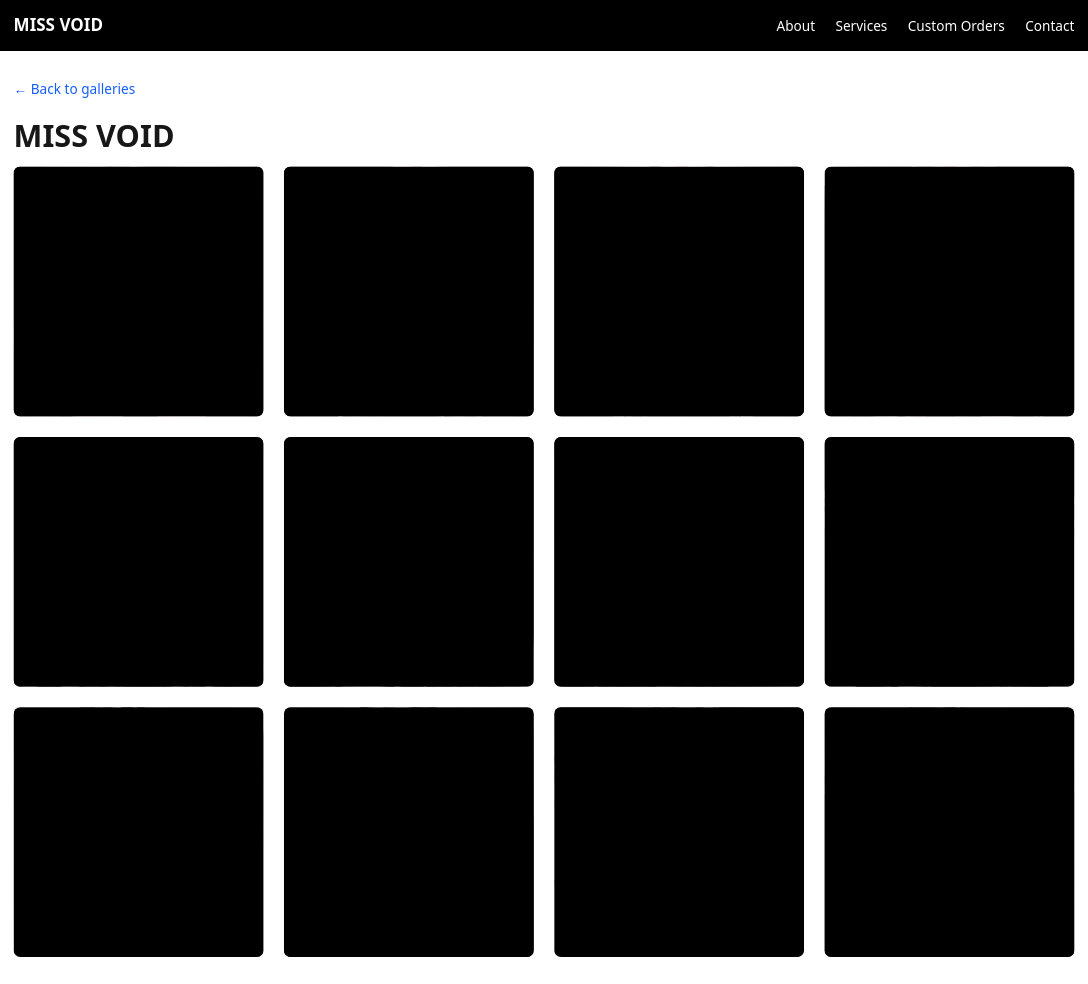
Repository: b0ase/missvoid2
Page: /gallery/miss-void
These files come from the project's save history. The page is drawn as it stood at one moment and after the next save; the edit follows.
The browser window is 1280 px wide. The pictures show the whole page, at 85% of full size.
The page's requests for data from a server got no answer. The project was rebuilt for these pictures with package versions that can differ from the ones it lists, and the page was loaded fresh each time. The framework's server and built-in components were replaced by stand-ins that run in the browser. No one was signed in, and anything a server would have sent is missing. Also part of the build but not shown: next.config.js.

Above is the page before, as saved 2025-04-11 11:08:08.

### src/app/layout.tsx
import type { Metadata } from "next";
import { Inter } from "next/font/google";
import "./globals.css";

const inter = Inter({
  subsets: ["latin"],
  variable: "--font-inter",
});

export const metadata: Metadata = {
  title: "Create Next App",
  description: "Generated by create next app",
};

export default function RootLayout({
  children,
}: Readonly<{
  children: React.ReactNode;
}>) {
  return (
    <html lang="en">
      <body
        className={`${inter.variable} antialiased`}
      >
        {children}
      </body>
    </html>
  );
}

### src/app/gallery/layout.tsx
import type { Metadata } from "next";

export const metadata: Metadata = {
  title: "MISS VOID Gallery",
  description: "Gallery of MISS VOID images and collections",
};

export default function GalleryLayout({
  children,
}: {
  children: React.ReactNode;
}) {
  return (
    <div className="min-h-screen bg-gray-50 dark:bg-gray-900">
      {children}
    </div>
  );
}

### src/app/gallery/miss-void/page.tsx
import GalleryPage from '../../components/GalleryPage';

export default function MissVoidGallery() {
  // Create a mapping of image numbers to their correct extensions
  const imageExtensions: Record<number, string> = {
    7773: 'WEBP',
    7803: 'WEBP',
    7819: 'WEBP',
    7848: 'WEBP',
    7869: 'WEBP',
    7883: 'WEBP'
  };

  // List of image numbers that don't exist
  const missingImages = [7786, 7816];

  // Generate the image paths with appropriate extensions
  const images = Array.from({ length: 207 }, (_, i) => {
    const imgNumber = 7748 + i;

    // Skip missing images
    if (missingImages.includes(imgNumber)) {
      return null;
    }

    // Use the mapping if available, otherwise default to JPG
    const extension = imageExtensions[imgNumber] || 'JPG';
    return `/images/miss-void/IMG_${imgNumber}.${extension}`;
  }).filter(Boolean) as string[]; // Remove null values and cast to string[]

  return (
    <GalleryPage
      title="MISS VOID"
      images={images}
    />
  );
}

### src/app/globals.css
@import "tailwindcss";

:root {
  --background: #ffffff;
  --foreground: #171717;
}

@theme inline {
  --color-background: var(--background);
  --color-foreground: var(--foreground);
  --font-sans: var(--font-inter);
}

@media (prefers-color-scheme: dark) {
  :root {
    --background: #0a0a0a;
    --foreground: #ededed;
  }
}

body {
  background: var(--background);
  color: var(--foreground);
  font-family: var(--font-sans), Arial, Helvetica, sans-serif;
}

### src/app/components/GalleryPage.tsx
"use client";

import { useState, useEffect } from 'react';
import Link from 'next/link';
import Image from 'next/image';
import { useSwipeable } from 'react-swipeable';
import Navigation from './Navigation';

type GalleryItem = {
  src: string;
  title?: string;
  description?: string;
  materials?: string;
  price?: string;
};

type GalleryPageProps = {
  title: string;
  images: string[] | GalleryItem[];
  description?: string;
};

export default function GalleryPage({ title, images, description }: GalleryPageProps) {
  const [selectedImage, setSelectedImage] = useState<string | null>(null);
  const [selectedItem, setSelectedItem] = useState<GalleryItem | null>(null);
  const [currentIndex, setCurrentIndex] = useState<number>(0);
  const [imageErrors, setImageErrors] = useState<Record<string, boolean>>({});
  const [loadedImages, setLoadedImages] = useState<GalleryItem[]>([]);

  useEffect(() => {
    // Pre-check images when component mounts
    const preloadImages = async () => {
      const validItems: GalleryItem[] = [];
      // Convert string[] to GalleryItem[] if needed
      const itemsToProcess = images.map(item =>
        typeof item === 'string' ? { src: item } : item
      );

      for (const item of itemsToProcess) {
        try {
          // Attempt to fetch the image to see if it exists
          const response = await fetch(item.src, { method: 'HEAD' });
          if (response.ok) {
            validItems.push(item);
          } else {
            setImageErrors(prev => ({ ...prev, [item.src]: true }));
          }
        } catch (error) {
          setImageErrors(prev => ({ ...prev, [item.src]: true }));
        }
      }
      setLoadedImages(validItems);
    };

    preloadImages();
  }, [images]);

  const handleImageError = (imagePath: string) => {
    setImageErrors({
      ...imageErrors,
      [imagePath]: true
    });
  };

  // Filter out images that failed to load
  const validImages = loadedImages.length > 0
    ? loadedImages
    : (images as any[]).filter(item => {
        const src = typeof item === 'string' ? item : item.src;
        return !imageErrors[src];
      }).map(item => typeof item === 'string' ? { src: item } : item);

  const handleImageClick = (item: GalleryItem, index: number) => {
    setSelectedImage(item.src);
    setSelectedItem(item);
    setCurrentIndex(index);
  };

  const handleCloseModal = () => {
    setSelectedImage(null);
    setSelectedItem(null);
  };

  const handleNext = () => {
    if (currentIndex < validImages.length - 1) {
      setCurrentIndex(currentIndex + 1);
      const nextItem = validImages[currentIndex + 1];
      setSelectedImage(nextItem.src);
      setSelectedItem(nextItem);
    }
  };

  const handlePrevious = () => {
    if (currentIndex > 0) {
      setCurrentIndex(currentIndex - 1);
      const prevItem = validImages[currentIndex - 1];
      setSelectedImage(prevItem.src);
      setSelectedItem(prevItem);
    }
  };

  const swipeHandlers = useSwipeable({
    onSwipedLeft: () => handleNext(),
    onSwipedRight: () => handlePrevious(),
    trackMouse: true
  });

  // Handle keyboard navigation
  useEffect(() => {
    const handleKeyDown = (e: KeyboardEvent) => {
      if (selectedImage) {
        if (e.key === 'ArrowRight') {
          handleNext();
        } else if (e.key === 'ArrowLeft') {
          handlePrevious();
        } else if (e.key === 'Escape') {
          handleCloseModal();
        }
      }
    };

    window.addEventListener('keydown', handleKeyDown);
    return () => window.removeEventListener('keydown', handleKeyDown);
  }, [selectedImage, currentIndex]);

  return (
    <div className="min-h-screen bg-white dark:bg-black">
      <Navigation />

      <main className="container mx-auto px-4 py-8">
        <Link href="/" className="inline-block mb-6 text-blue-600 hover:text-blue-800">
          &larr; Back to galleries
        </Link>

        <h1 className="text-4xl font-bold mb-4">{title}</h1>

        {description && (
          <div className="mb-8 max-w-3xl">
            <p className="text-lg">{description}</p>
          </div>
        )}

        <div className="grid grid-cols-1 sm:grid-cols-2 md:grid-cols-3 lg:grid-cols-4 gap-6">
          {validImages.map((item, index) => (
            <div
              key={index}
              className="group relative overflow-hidden cursor-pointer"
              onClick={() => handleImageClick(item, index)}
            >
              <div className="aspect-square relative overflow-hidden rounded-lg">
                <Image
                  src={item.src}
                  alt={item.title || `${title} piece ${index + 1}`}
                  fill
                  className="object-cover transition-transform duration-500 group-hover:scale-110"
                  sizes="(max-width: 768px) 100vw, (max-width: 1200px) 50vw, 33vw"
                  onError={() => handleImageError(item.src)}
                />
                <div className="absolute inset-0 bg-black bg-opacity-0 group-hover:bg-opacity-30 transition-all duration-300"></div>

                {item.title && (
                  <div className="absolute inset-0 flex items-center justify-center opacity-0 group-hover:opacity-100 transition-opacity duration-300">
                    <span className="bg-black bg-opacity-70 text-white px-3 py-1 rounded text-sm">
                      {item.title}
                    </span>
                  </div>
                )}
              </div>
            </div>
          ))}
        </div>

        {/* Image Modal */}
        {selectedImage && selectedItem && (
          <div className="fixed inset-0 bg-black bg-opacity-90 flex items-center justify-center z-50">
            <div className="w-full h-full max-w-6xl mx-auto flex flex-col md:flex-row items-center" {...swipeHandlers}>
              <button
                onClick={handleCloseModal}
                className="absolute top-4 right-4 text-white text-2xl hover:text-gray-300 z-20"
              >
                ✕
              </button>

              <div className="flex-1 relative w-full h-full max-h-[70vh] md:max-h-[90vh] flex items-center justify-center">
                <button
                  onClick={handlePrevious}
                  className="absolute left-4 text-white text-4xl hover:text-gray-300 z-10"
                  disabled={currentIndex === 0}
                >
                  ←
                </button>

                <img
                  src={selectedImage}
                  alt={selectedItem.title || "Selected gallery image"}
                  className="max-w-full max-h-full object-contain"
                  onError={() => handleImageError(selectedImage)}
                />

                <button
                  onClick={handleNext}
                  className="absolute right-4 text-white text-4xl hover:text-gray-300 z-10"
                  disabled={currentIndex === validImages.length - 1}
                >
                  →
                </button>
              </div>

              {(selectedItem.title || selectedItem.description || selectedItem.materials || selectedItem.price) && (
                <div className="md:w-1/3 p-6 text-white">
                  {selectedItem.title && (
                    <h3 className="text-xl font-bold mb-3">{selectedItem.title}</h3>
                  )}

                  {selectedItem.description && (
                    <p className="mb-4">{selectedItem.description}</p>
                  )}

                  {selectedItem.materials && (
                    <div className="mb-3">
                      <span className="font-semibold">Materials:</span> {selectedItem.materials}
                    </div>
                  )}

                  {selectedItem.price && (
                    <div className="mb-4">
                      <span className="font-semibold">Price:</span> {selectedItem.price}
                    </div>
                  )}

                  <Link
                    href="/contact?interest=specific-piece"
                    className="inline-block bg-white text-black px-4 py-2 rounded hover:bg-gray-200 transition"
                  >
                    Inquire About This Piece
                  </Link>
                </div>
              )}

              <div className="absolute bottom-4 left-1/2 transform -translate-x-1/2 text-white text-sm">
                {currentIndex + 1} / {validImages.length}
              </div>
            </div>
          </div>
        )}
      </main>
    </div>
  );
}

### src/app/components/Navigation.tsx
"use client";

import Link from 'next/link';
import { usePathname } from 'next/navigation';

export default function Navigation() {
  const pathname = usePathname();

  return (
    <nav className="bg-black text-white py-4">
      <div className="container mx-auto px-4 flex items-center justify-between">
        <Link href="/" className="text-xl font-bold">MISS VOID</Link>
        <div className="hidden md:flex space-x-6">
          <Link
            href="/about"
            className={`hover:text-gray-300 transition ${pathname === '/about' ? 'text-gray-300 underline' : ''}`}
          >
            About
          </Link>
          <Link
            href="/services"
            className={`hover:text-gray-300 transition ${pathname === '/services' ? 'text-gray-300 underline' : ''}`}
          >
            Services
          </Link>
          <Link
            href="/custom"
            className={`hover:text-gray-300 transition ${pathname === '/custom' ? 'text-gray-300 underline' : ''}`}
          >
            Custom Orders
          </Link>
          <Link
            href="/contact"
            className={`hover:text-gray-300 transition ${pathname === '/contact' ? 'text-gray-300 underline' : ''}`}
          >
            Contact
          </Link>
        </div>
        <button className="md:hidden">
          <svg xmlns="http://www.w3.org/2000/svg" fill="none" viewBox="0 0 24 24" stroke="currentColor" className="w-6 h-6">
            <path strokeLinecap="round" strokeLinejoin="round" strokeWidth={2} d="M4 6h16M4 12h16M4 18h16" />
          </svg>
        </button>
      </div>
    </nav>
  );
}

After the next save:
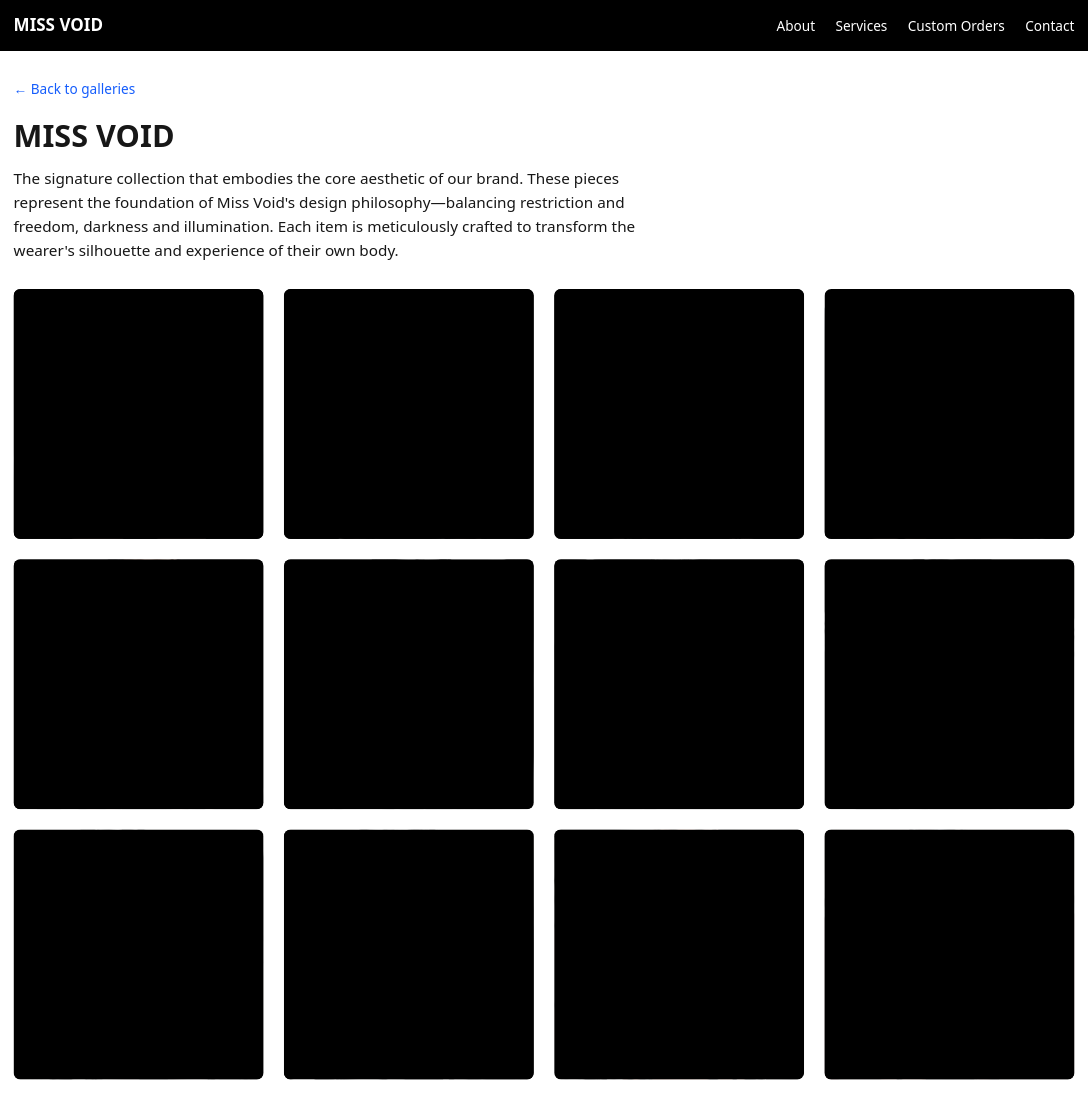
Saved 25 s later.
--- a/src/app/gallery/miss-void/page.tsx
+++ b/src/app/gallery/miss-void/page.tsx
@@ -14,24 +14,81 @@
   // List of image numbers that don't exist
   const missingImages = [7786, 7816];
 
-  // Generate the image paths with appropriate extensions
-  const images = Array.from({ length: 207 }, (_, i) => {
+  // Featured pieces with descriptions
+  const featuredPieces = [
+    {
+      imgNumber: 7832,
+      title: 'Eclipse Bodysuit',
+      description: 'A sleek, second-skin bodysuit crafted from premium Japanese latex. The strategic paneling creates a silhouette that accentuates natural curves while providing comfortable compression.',
+      materials: 'Japanese latex, reinforced seams, custom zipper closure',
+      price: 'From £1,650'
+    },
+    {
+      imgNumber: 7841,
+      title: 'Void Corset',
+      description: 'Our signature corset featuring a dramatic silhouette with accentuated waist reduction. Engineered for both aesthetic impact and comfortable extended wear through precise pattern cutting.',
+      materials: 'Italian leather outer, cotton coutil strength layer, steel boning, satin lining',
+      price: 'From £2,100'
+    },
+    {
+      imgNumber: 7769,
+      title: 'Ethereal Harness',
+      description: 'A delicate yet structurally sound upper body harness that traces the contours of the torso. Multiple adjustment points ensure a perfect fit for various body types.',
+      materials: 'French lambskin, nickel-free hardware, hand-finished edges',
+      price: 'From £890'
+    },
+    {
+      imgNumber: 7758,
+      title: 'Phantom Gloves',
+      description: 'Opera-length gloves with elongated fingers and architectural detailing at the wrists. Each pair is hand-cut and stitched to ensure perfect fit and movement.',
+      materials: 'Stretch leather, silk lining, decorative hardware elements',
+      price: 'From £750'
+    },
+    {
+      imgNumber: 7787,
+      title: 'Void Collar',
+      description: 'A statement neck piece that balances imposing presence with comfortable wearability. The layered design creates depth and visual interest from every angle.',
+      materials: 'Structured leather, padded interior, custom lock system',
+      price: 'From £680'
+    }
+  ];
+
+  // Map the featured pieces to their image paths with proper extensions
+  const featuredItems = featuredPieces.map(piece => {
+    const extension = imageExtensions[piece.imgNumber] || 'JPG';
+    return {
+      src: `/images/miss-void/IMG_${piece.imgNumber}.${extension}`,
+      title: piece.title,
+      description: piece.description,
+      materials: piece.materials,
+      price: piece.price
+    };
+  });
+
+  // Generate the remaining image paths with appropriate extensions
+  const basicImages = Array.from({ length: 207 }, (_, i) => {
     const imgNumber = 7748 + i;
 
-    // Skip missing images
-    if (missingImages.includes(imgNumber)) {
+    // Skip missing images and featured pieces (which we'll add separately)
+    if (missingImages.includes(imgNumber) || featuredPieces.some(p => p.imgNumber === imgNumber)) {
       return null;
     }
 
     // Use the mapping if available, otherwise default to JPG
     const extension = imageExtensions[imgNumber] || 'JPG';
-    return `/images/miss-void/IMG_${imgNumber}.${extension}`;
-  }).filter(Boolean) as string[]; // Remove null values and cast to string[]
+    return {
+      src: `/images/miss-void/IMG_${imgNumber}.${extension}`
+    };
+  }).filter(Boolean);
+
+  // Combine featured items with basic images
+  const allGalleryItems = [...featuredItems, ...basicImages] as any[];
 
   return (
     <GalleryPage
       title="MISS VOID"
-      images={images}
+      images={allGalleryItems}
+      description="The signature collection that embodies the core aesthetic of our brand. These pieces represent the foundation of Miss Void's design philosophy—balancing restriction and freedom, darkness and illumination. Each item is meticulously crafted to transform the wearer's silhouette and experience of their own body."
     />
   );
 }
